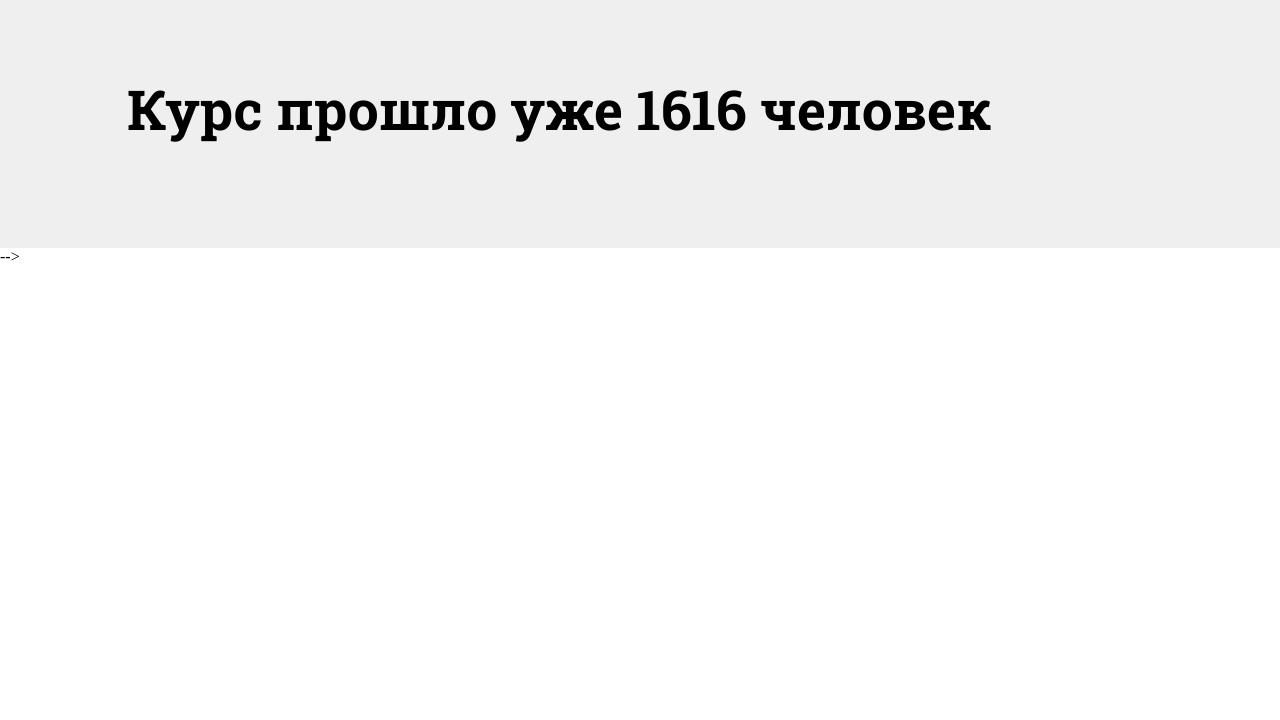
Repository: NatiqSamiyev/gray-task
Page: index.html
These files come from the project's save history. The page is drawn as it stood at one moment and after the next save; the edit follows.
The browser window is 1280 px wide. The pictures show the whole page.

Above is the page before, as saved 2023-08-12 14:03:40.

### index.html
<!DOCTYPE html>
<html lang="en">
  <head>
    <meta charset="UTF-8" />
    <meta name="viewport" content="width=device-width, initial-scale=1.0" />
    <link rel="stylesheet" href="index.css" />
    <title>Document</title>
  </head>
  <body>
    <div class="container">
      <h1>Курс прошло уже 1616 человек</h1>

      <!-- <div class="box-container">
        <p>
          Курс профессионально подготовлен, изложение материала весьма
          доступное, благодаря прекрасному изложению лекторов и демонстрации
          примеров. А наличие домашних заданий позволяет закрепить все
          полученные знания на практике. Теперь другими глазами смотрю фильмы,
          считываю не только сюжет , но и могу оценить работу режиссера,
          оператора, монтажера и т.д. Спасибо!
        </p>

        <ul>
          <li class="li">
            <img
              src="https://cdn.iconscout.com/icon/premium/png-256-thumb/girl-1619948-1372770.png"
              alt="girl ikon"
            />
          </li>
          <li class="li-1">
            <h2>Екатерина Палехова</h2>
            <!-- <img
              src="https://icon-library.com/images/facebook-login-icon-download/facebook-login-icon-download-14.jpg"
              alt="facebook ikonblob:"
            /> -->
          </li>
        </ul>
      </div> -->
    </div>
  </body>
</html>

### index.css
@import url("https://fonts.googleapis.com/css2?family=Roboto+Slab:wght@400;700&family=Roboto:wght@700&display=swap");
* {
  margin: 0;
  padding: 0;
  box-sizing: border-box;
}

.container {
  width: 100%;
  /* min-height: 100vh; */
  padding: 81px 0 111px 127px;
  background-color: #efefef;
}

.container h1 {
  color: #000;
  font-family: Roboto Slab;
  font-size: 55px;
  font-style: normal;
  font-weight: 700;
  line-height: 101.385%;
}

.box-container {
  margin-top: 77px;
  padding: 40px 46px 29px 26px;
  width: 791px;
  height: 451px;
  background-color: #fff;
  border-radius: 30px;
  box-shadow: 1px 1px 20px 0px rgba(0, 0, 0, 0.25);
}

.box-container p {
  width: 700px;
  height: 178px;
  color: #000;
  font-family: Roboto;
  font-size: 20px;
  font-style: normal;
  font-weight: 400;
  line-height: 150%;
}

.box-container ul {
  display: flex;
}

.ul li {
  width: 190px;
  height: 169px;
  border-radius: 400px;
  border: 80px;
  list-style-type: none;
}

.li-1 {
  margin: 30px;
  list-style-type: none;
}

.li-1 img {
  background: url(<path-to-image>), lightgray 50% / cover no-repeat;
}

.li-1 h2 {
  margin: 50px 0 127px 30px;
  color: #000;
  font-family: Roboto Slab;
  font-size: 30px;
  font-style: normal;
  font-weight: 700;
  line-height: 101.385%;
}

After the next save:
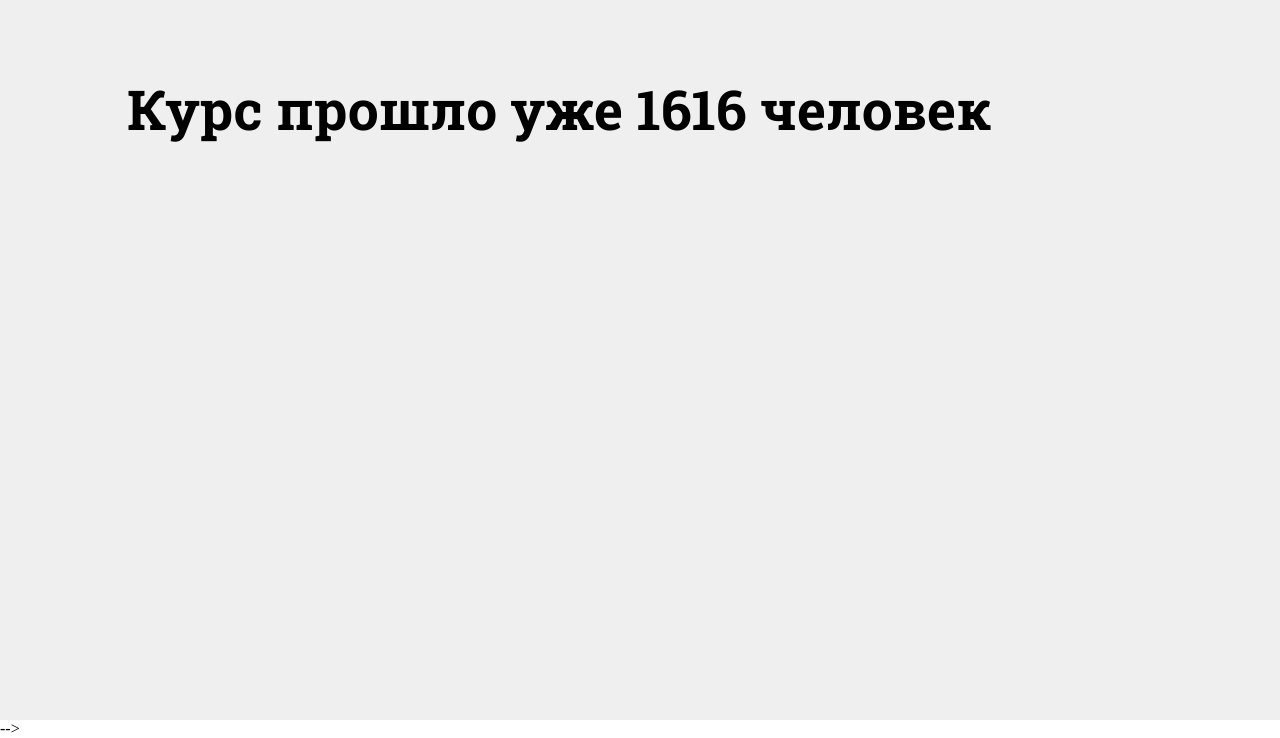
Saved 15 s later.
--- a/index.css
+++ b/index.css
@@ -7,7 +7,7 @@
 
 .container {
   width: 100%;
-  /* min-height: 100vh; */
+  min-height: 100vh;
   padding: 81px 0 111px 127px;
   background-color: #efefef;
 }
